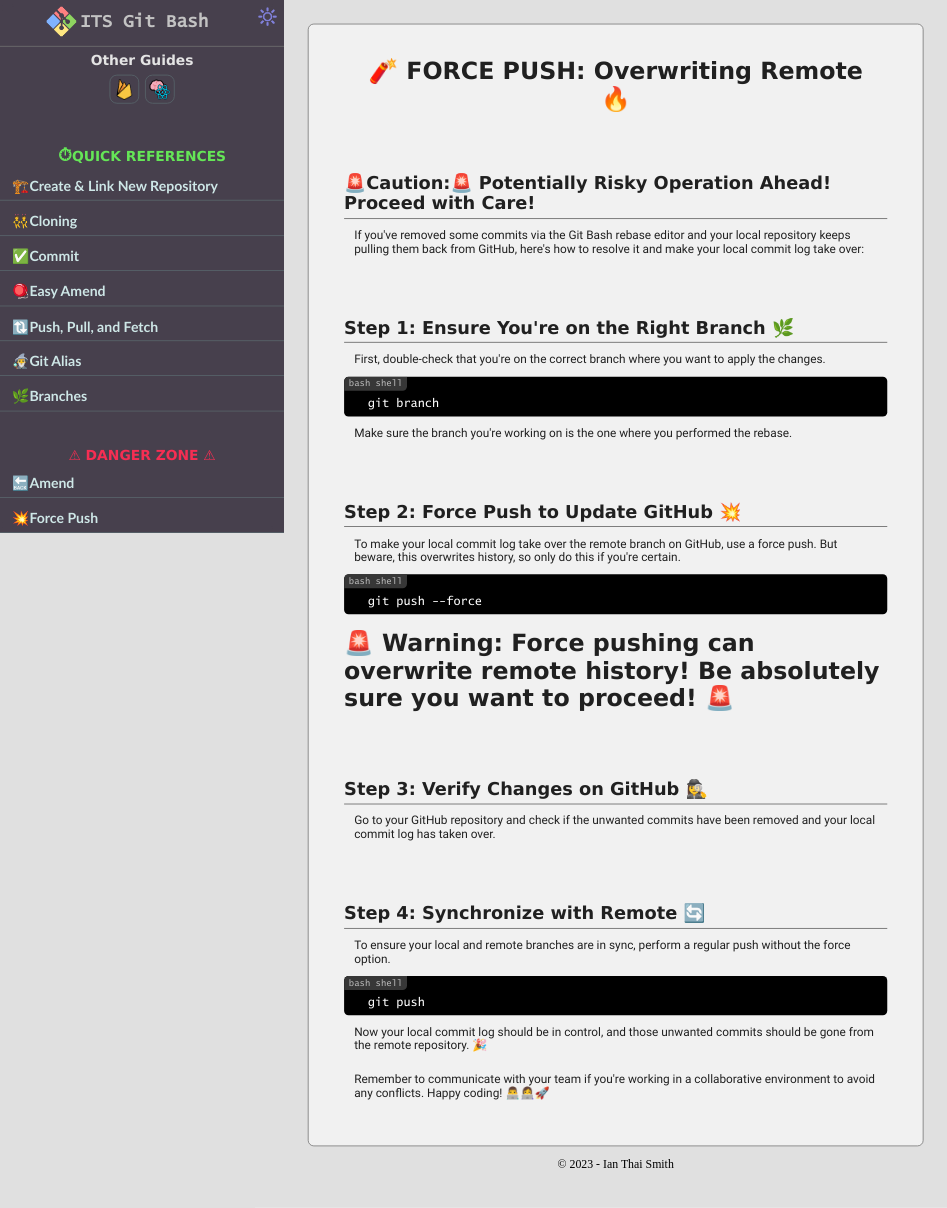
Repository: whyDoILoveThis/project__ITS_Git_Bash
Page: html/💥force-push.html
These files come from the project's save history. The page is drawn as it stood at one moment and after the next save; the edit follows.
The browser window is 1280 px wide. The pictures show the whole page, at 74% of full size.

Above is the page before, as saved 2025-07-06 06:47:41.

After the next save:
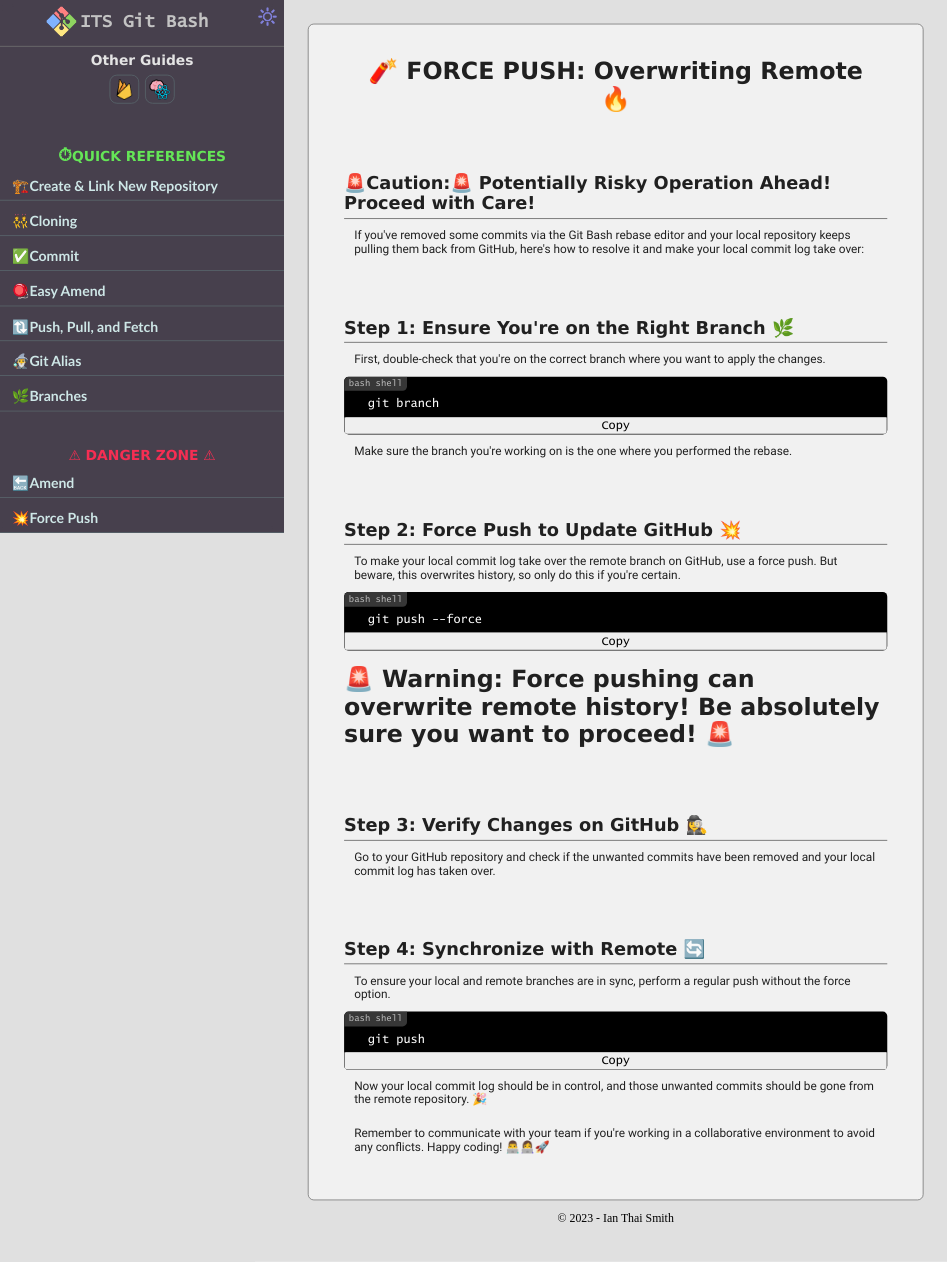
Saved 14 min 58 s later.
--- a/html/💥force-push.html
+++ b/html/💥force-push.html
@@ -86,5 +86,26 @@
     <!--! MAIN-WRAP -->
     <!--! !!!!!!! -->
     <script src="/JS/dynamic-nav.js"></script>
+    <script>
+      document.querySelectorAll(".code").forEach((codeBlock) => {
+        // Create copy button
+        const btn = document.createElement("button");
+        btn.className = "copy-btn";
+        btn.textContent = "Copy";
+
+        // Insert button into the code block
+        codeBlock.style.position = "relative";
+        codeBlock.appendChild(btn);
+
+        // Copy logic
+        btn.addEventListener("click", () => {
+          const text = codeBlock.querySelector("p").innerText;
+          navigator.clipboard.writeText(text).then(() => {
+            btn.textContent = "✅ Copied!";
+            setTimeout(() => (btn.textContent = "Copy"), 2000);
+          });
+        });
+      });
+    </script>
   </body>
 </html>
